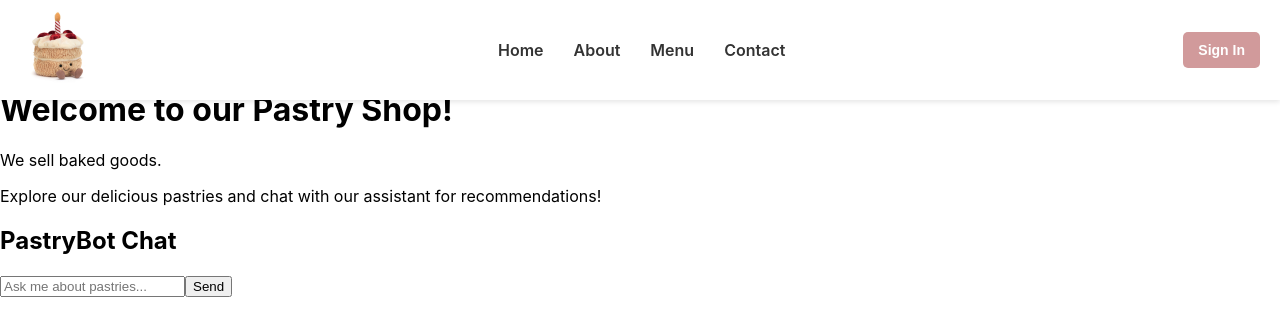
Repository: agrnerd17/Website-Chatbot
Page: / (app in pastry-chatbot/)
These files come from the project's save history. The page is drawn as it stood at one moment and after the next save; the edit follows.
The browser window is 1280 px wide. The pictures show the whole page.
The project was rebuilt for these pictures with package versions that can differ from the ones it lists, and the page was loaded fresh each time. Also part of the build but not shown: pastry-chatbot/src/styles/Chatbot.css.

Above is the page before, as saved 2024-12-08 14:32:56.

### pastry-chatbot/src/App.js
import React from "react";
import Chatbot from "./components/Chatbot";
import Navbar from "./components/Navbar";
import "./styles/Navbar.css";

function App() {
  return (
    <div className="App">
      <div>
        <Navbar />
        <main style={{ marginTop: "90px" }}> {/* Adjust */}
          <h1>Welcome to our Pastry Shop!</h1>
          <p>We sell baked goods.</p>
        </main>
      </div>
      <main>
        <div className="content text-center">
          <p>Explore our delicious pastries and chat with our assistant for recommendations!</p>
        </div>
      </main>
      <Chatbot /> {/* Include the chatbot */}
    </div>

  );
}

export default App;

### pastry-chatbot/src/components/Chatbot.js
import React, { useState } from "react";
import { getChatbotResponse } from "../api/cohereAPI";
import "../styles/Chatbot.css";

const Chatbot = () => {
  const [messages, setMessages] = useState([]);
  const [userInput, setUserInput] = useState("");

  const handleSend = async () => {
    if (!userInput.trim()) return;

    const userMessage = { sender: "user", text: userInput };
    setMessages((prev) => [...prev, userMessage]);
    setUserInput("");

    const prompt = messages
      .map((msg) => `${msg.sender}: ${msg.text}`)
      .join("\n") + `\nuser: ${userInput}\nbot:`;

    const botResponse = await getChatbotResponse(prompt);
    const botMessage = { sender: "bot", text: botResponse };
    setMessages((prev) => [...prev, botMessage]);
  };

  return (
    <div className="flex flex-col items-center w-full max-w-lg p-4 bg-gray-100 rounded-lg shadow-md">
      <h2 className="text-2xl font-bold mb-4">PastryBot Chat</h2>
      <div className="flex flex-col w-full h-96 overflow-y-auto bg-white border rounded-lg p-4 mb-4">
        {messages.map((msg, index) => (
          <div
            key={index}
            className={`p-2 rounded mb-2 ${
              msg.sender === "user"
                ? "self-end bg-blue-500 text-white"
                : "self-start bg-gray-200"
            }`}
          >
            {msg.text}
          </div>
        ))}
      </div>
      <div className="flex w-full gap-2">
        <input
          type="text"
          className="flex-grow p-2 border rounded-lg"
          value={userInput}
          onChange={(e) => setUserInput(e.target.value)}
          placeholder="Ask me about pastries..."
        />
        <button
          className="p-2 bg-blue-500 text-white rounded-lg hover:bg-blue-600"
          onClick={handleSend}
        >
          Send
        </button>
      </div>
    </div>
  );
};

export default Chatbot;

### pastry-chatbot/src/components/Navbar.js
import React from "react";
import "../styles/Navbar.css"; // Make sure this path is correct
import logo from "../assets/pastry_bot_icon.jpg";

const Navbar = () => {
  return (
    <nav className="navbar">
      {/* Logo */}
      <div className="navbar-logo">
        <img src={logo} alt="Pastry Logo" />
      </div>

      {/* Menu */}
      <ul className="navbar-menu">
        <li>Home</li>
        <li>About</li>
        <li>Menu</li>
        <li>Contact</li>
      </ul>

      {/* Right Action (e.g., Sign In or Cart) */}
      <div className="navbar-right">
        <button className="navbar-button">Sign In</button>
        {/* Optional cart icon */}
        {/* <i className="fas fa-shopping-cart"></i> */}
      </div>
    </nav>
  );
};

export default Navbar;

### pastry-chatbot/src/styles/Navbar.css
/* Navbar container */
.navbar {
    min-height: 100px; /* Allow flexibility for taller logos */
    display: flex;
    justify-content: space-between;
    align-items: center;
    padding: 0px 20px;
    background-color: #ffffff;
    box-shadow: 0 2px 5px rgba(0, 0, 0, 0.1);
    position: fixed;
    width: 100%;
    top: 0;
    z-index: 1000;
    box-sizing: border-box;
    overflow: hidden;
}

/* Logo styling */
.navbar-logo img {
    height: 80px;
    width: auto;
    max-height: 100%; /* Prevent the logo from exceeding the navbar height */
    object-fit: contain; /* Ensure the logo scales correctly */
}

/* Menu styling */
.navbar-menu {
    display: flex;
    gap: 30px;
    list-style: none;
    margin: 0;
    padding: 0;
}

.navbar-menu li {
    font-size: 16px;
    font-weight: 600;
    color: #333333;
    cursor: pointer;
    transition: color 0.3s;
}

.navbar-menu li:hover {
    color: #d19a9b; /* Light pink color */
}

/* Right action (e.g., button or icon) */
.navbar-right {
    display: flex;
    align-items: center;
    gap: 20px;
}

.navbar-button {
    background-color: #d19a9b; /* Light pink color */
    color: #ffffff;
    border: none;
    padding: 10px 15px;
    border-radius: 5px;
    font-size: 14px;
    font-weight: 600;
    cursor: pointer;
    transition: background-color 0.3s;
    white-space: nowrap; /* Prevent text wrap */
}

.navbar-button:hover {
    background-color: #c08888; /* Slightly darker pink */
}

/* Media query for responsiveness */
@media (max-width: 768px) {
    .navbar-menu {
        display: none; /* Hide menu on smaller screens */
    }

    .navbar-right {
        gap: 10px;
    }

    .navbar {
        padding: 10px 15px; /* Reduce padding on smaller screens */
    }
}

@media (max-width: 480px) {
    .navbar-button {
        font-size: 12px;
        padding: 8px 10px; /* Smaller button for small screens */
    }

    .navbar-logo img {
        height: 80px; /* Resize logo */
        max-height: 80px;
        object-fit: contain; /* Scale the image */
    }
}

### pastry-chatbot/src/api/cohereAPI.js
import axios from "axios";

const COHERE_API_KEY = "7ZT0rkNdOrKYfye8DC5qSUtG36H3IhRQ2pvKHDgT"; // Replace with your API key

export async function getChatbotResponse(prompt) {
  try {
    const response = await axios.post(
      "https://api.cohere.ai/v1/generate",
      {
        model: "command-xlarge-nightly",
        prompt,
        max_tokens: 100,
        temperature: 0.7,
      },
      {
        headers: {
          Authorization: `Bearer ${COHERE_API_KEY}`,
          "Content-Type": "application/json",
        },
      }
    );
    return response.data.generations[0].text.trim();
  } catch (error) {
    console.error("Error fetching response from Cohere:", error);
    return "Oops! Something went wrong. Please try again.";
  }
}

Loaded but not shown: pastry-chatbot/public/index.html (common file); pastry-chatbot/src/index.js (common file); pastry-chatbot/src/index.css (common file); pastry-chatbot/src/reportWebVitals.js (common file)

After the next save:
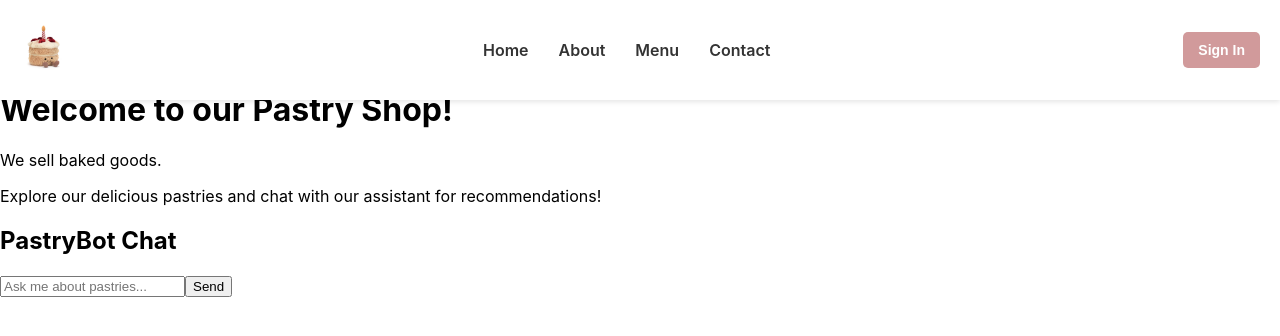
Saved 13 s later.
--- a/pastry-chatbot/src/styles/Navbar.css
+++ b/pastry-chatbot/src/styles/Navbar.css
@@ -17,7 +17,7 @@
 
 /* Logo styling */
 .navbar-logo img {
-    height: 80px;
+    height: 50px;
     width: auto;
     max-height: 100%; /* Prevent the logo from exceeding the navbar height */
     object-fit: contain; /* Ensure the logo scales correctly */

After the save that followed:
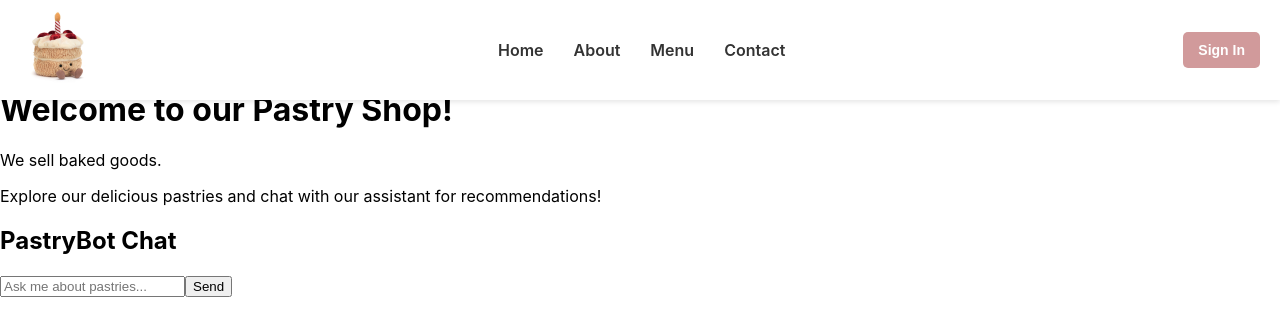
Saved 7 s later.
--- a/pastry-chatbot/src/styles/Navbar.css
+++ b/pastry-chatbot/src/styles/Navbar.css
@@ -17,7 +17,7 @@
 
 /* Logo styling */
 .navbar-logo img {
-    height: 50px;
+    height: 80px;
     width: auto;
     max-height: 100%; /* Prevent the logo from exceeding the navbar height */
     object-fit: contain; /* Ensure the logo scales correctly */
